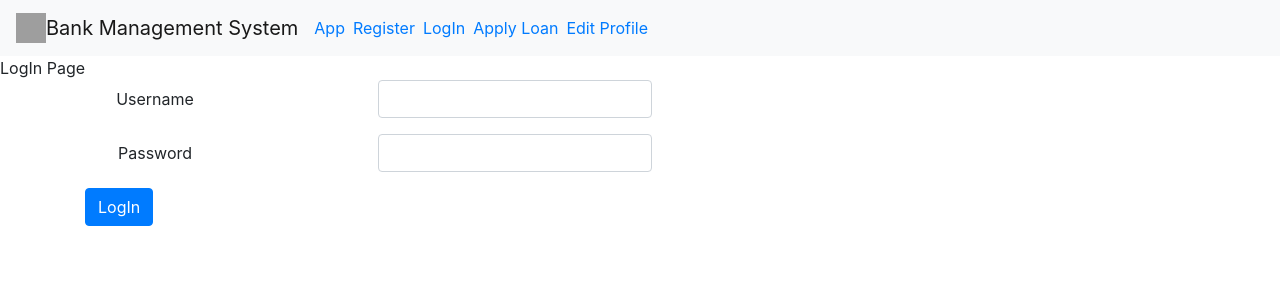
Repository: Nilkumar-Sharma/Bank-Management-System-Frontend-React
Page: /login
An editor plug-in stored every save of this project. The page is shown before and after the next save, followed by the edit.
The browser window is 1280 px wide. The pictures show the whole page.
Pictures or frames that could not be fetched are drawn as grey boxes. The project was rebuilt for these pictures with package versions that can differ from the ones it lists, and the page was loaded fresh each time. Also part of the build but not shown: src/App.css, src/Counter/Counter.js, src/App.js, src/components/Register/Register.module.scss, src/components/Register/Register.js, src/components/LogIn/LogIn.module.scss, src/components/Loan/Loan.module.scss, src/components/Loan/Loan.js and 1 more.

Above is the page before, as saved 2020-07-28 13:50:00.

After the next save:
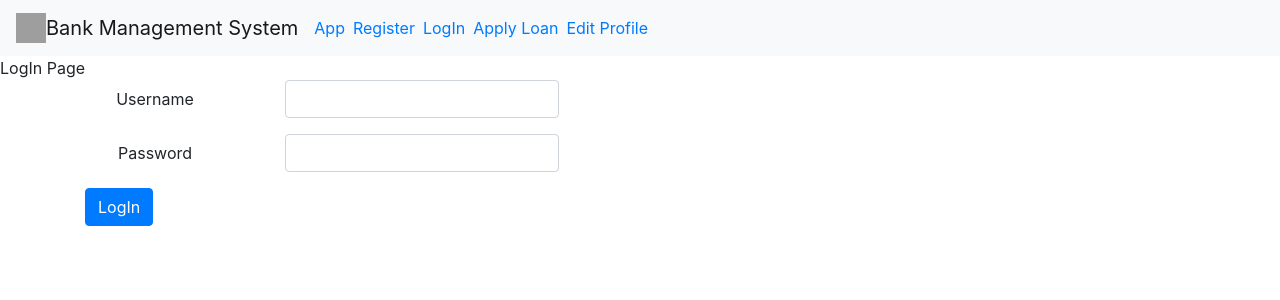
Saved 4 s later.
--- a/src/components/Shared/InputField/InputField.js
+++ b/src/components/Shared/InputField/InputField.js
@@ -28,7 +28,7 @@ class InputField extends Component {
             // <div className="container">
             // <div className="row">
                 <div class="form-group form-inline" >
-                <div className="col-3">
+                <div className="col-2">
                     <label htmlFor={this.props.id}>{this.props.Label}</label>
 
                 </div>
